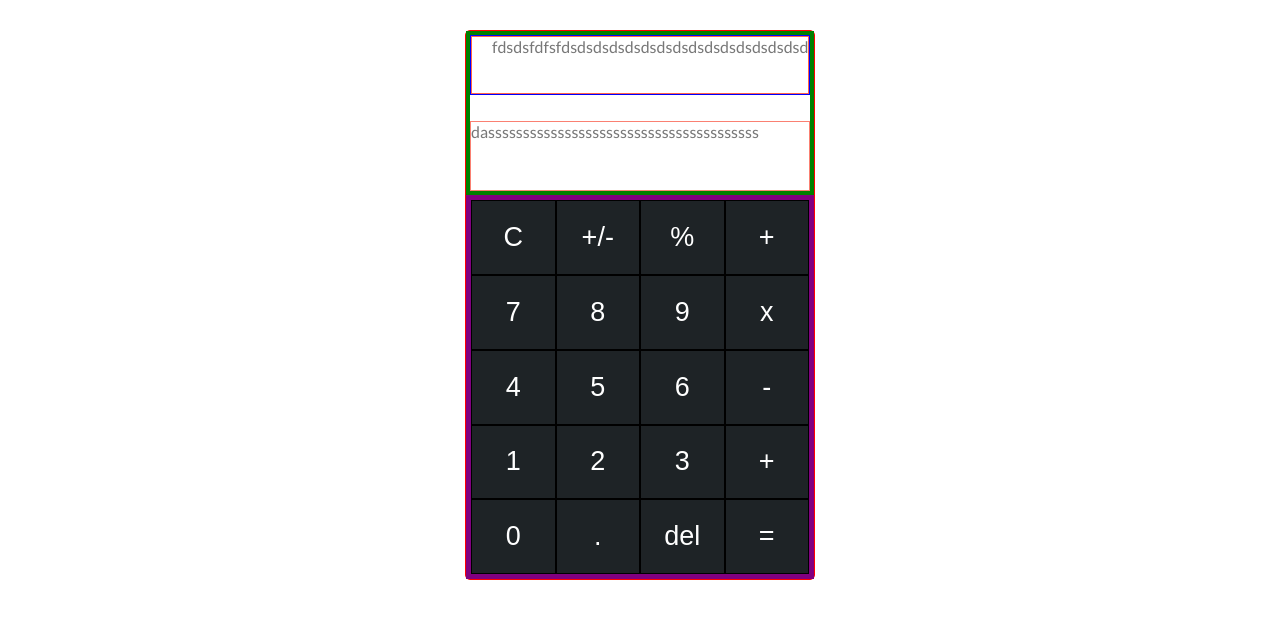
Repository: OfirLana/Calculator
Page: index.html
These files come from the project's save history. The page is drawn as it stood at one moment and after the next save; the edit follows.
The browser window is 1280 px wide. The pictures show the whole page.

Above is the page before, as saved 2019-03-12 19:47:30.

After the next save:
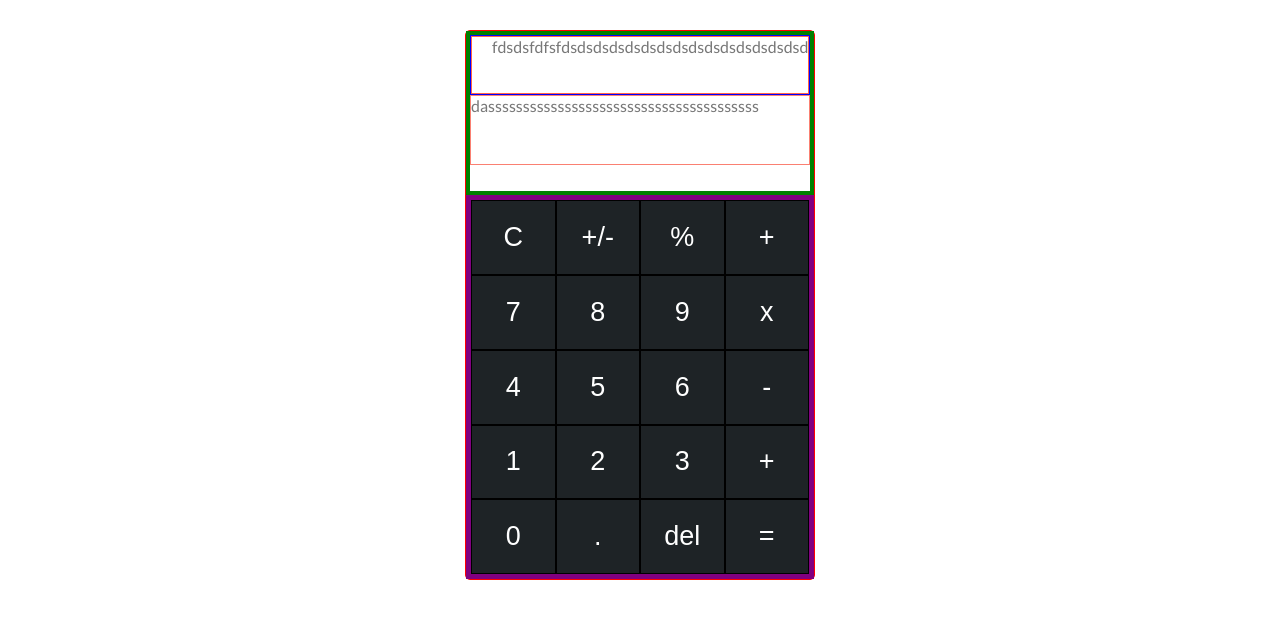
Saved 13 s later.
--- a/style.css
+++ b/style.css
@@ -32,6 +32,7 @@ body {
     border: 4px solid green;
     width: 100%;
     justify-content: space-between
+    padding:0px 20px;
 }
 
 .main_output {
